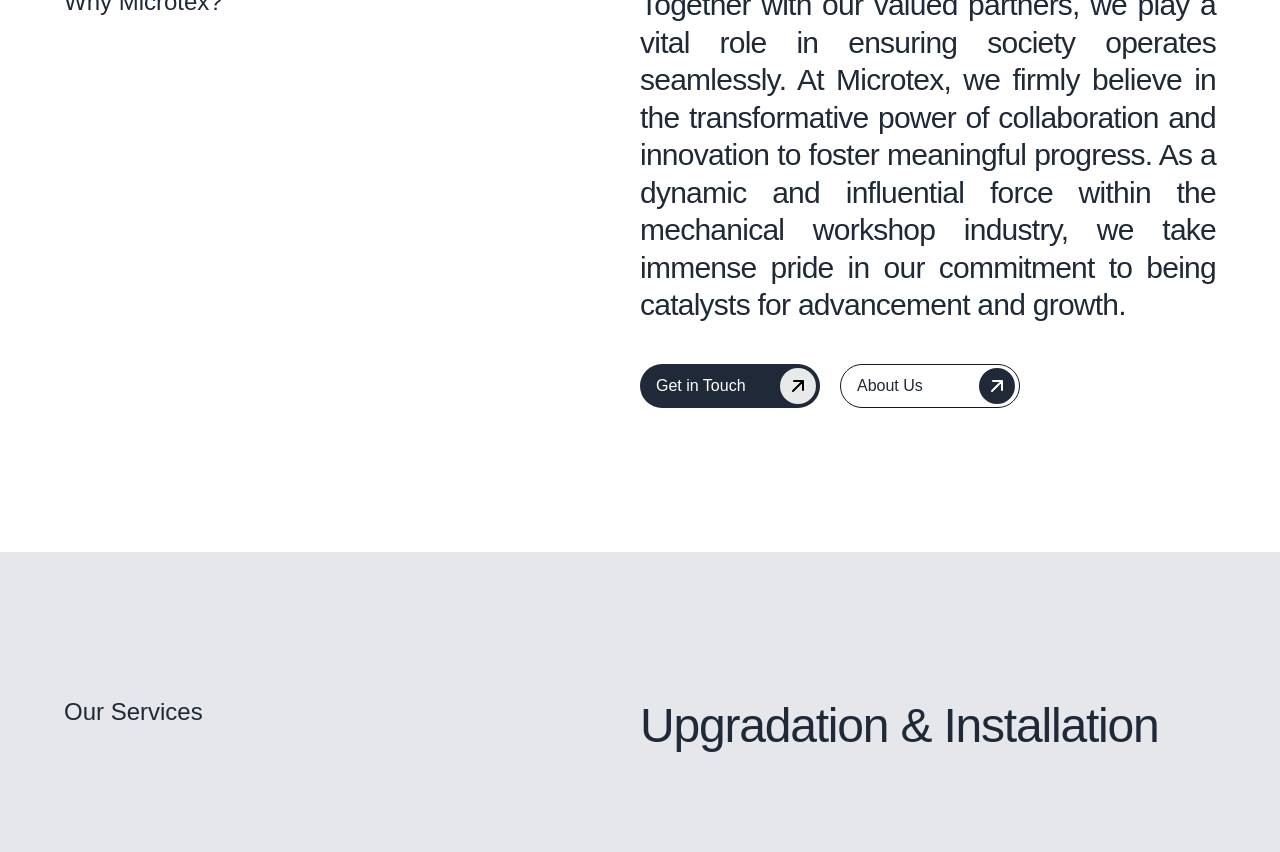
Repository: vespersolutionspk18/microtexwebsite
Page: /
These files come from the project's save history. The page is drawn as it stood at one moment and after the next save; the edit follows.
The browser window is 1280 px wide. The pictures show the part of the page from y = 964 to 1916 px (the page is 1816 px tall before and 1916 px after).
Some web fonts or font styles are not loaded; a fallback is used. The project was rebuilt for these pictures with package versions that can differ from the ones it lists, and the page was loaded fresh each time. The framework's server and built-in components were replaced by stand-ins that run in the browser. Also part of the build but not shown: next.config.mjs.

Above is the page before, as saved 2024-11-18 21:17:37.

After the next save:
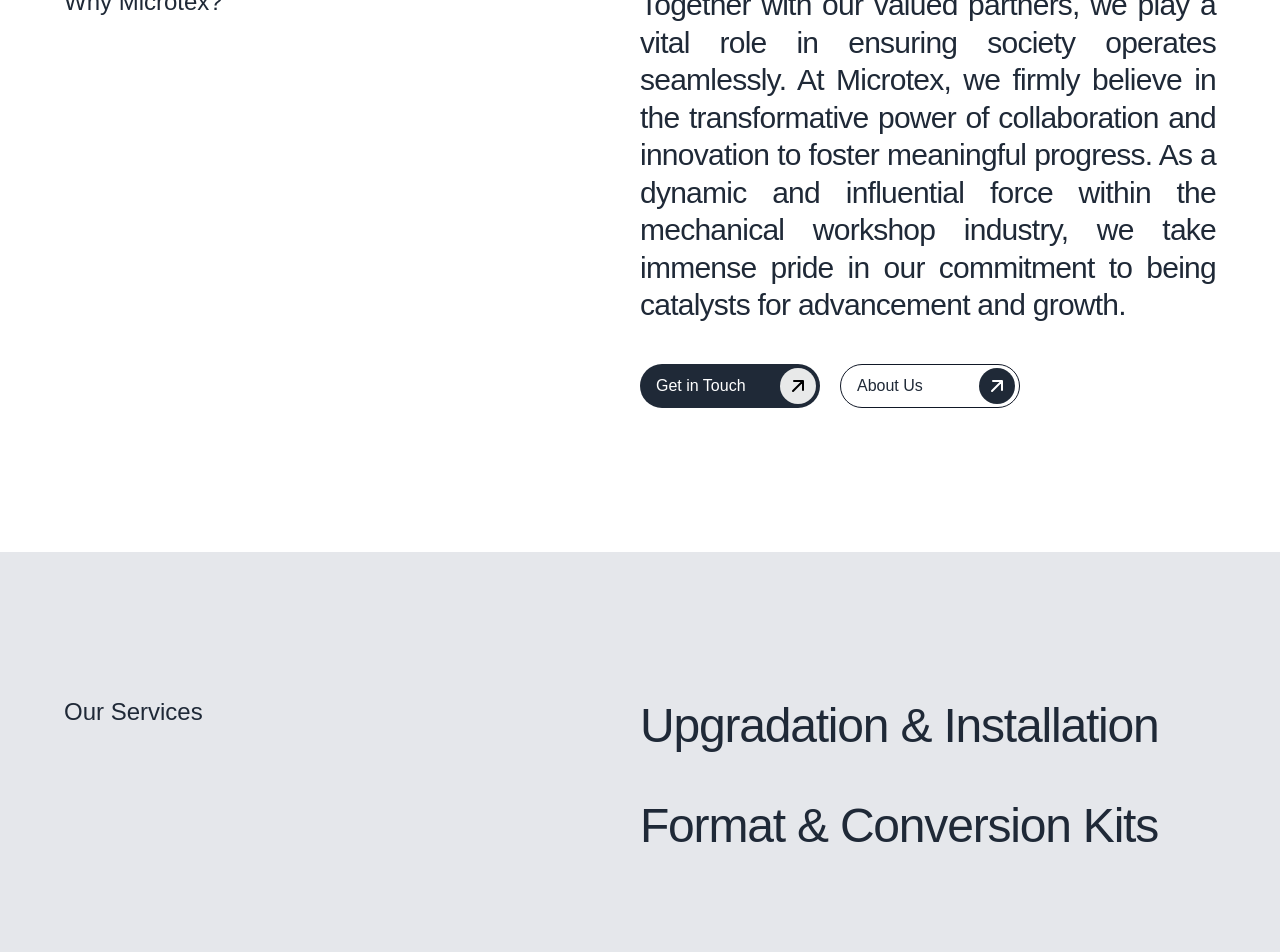
Saved 22 s later.
--- a/app/OurServices.tsx
+++ b/app/OurServices.tsx
@@ -9,6 +9,7 @@ const OurServices = () => {
         </div>
         <div className="md:w-[50%] pt-20 flex flex-col gap-10">
             <h3 className="text-gray-800 font-light text-justify text-5xl tracking-tight leading-tight">Upgradation & Installation</h3>
+            <h3 className="text-gray-800 font-light text-justify text-5xl tracking-tight leading-tight">Format & Conversion Kits</h3>
 
         </div>
     </div>
